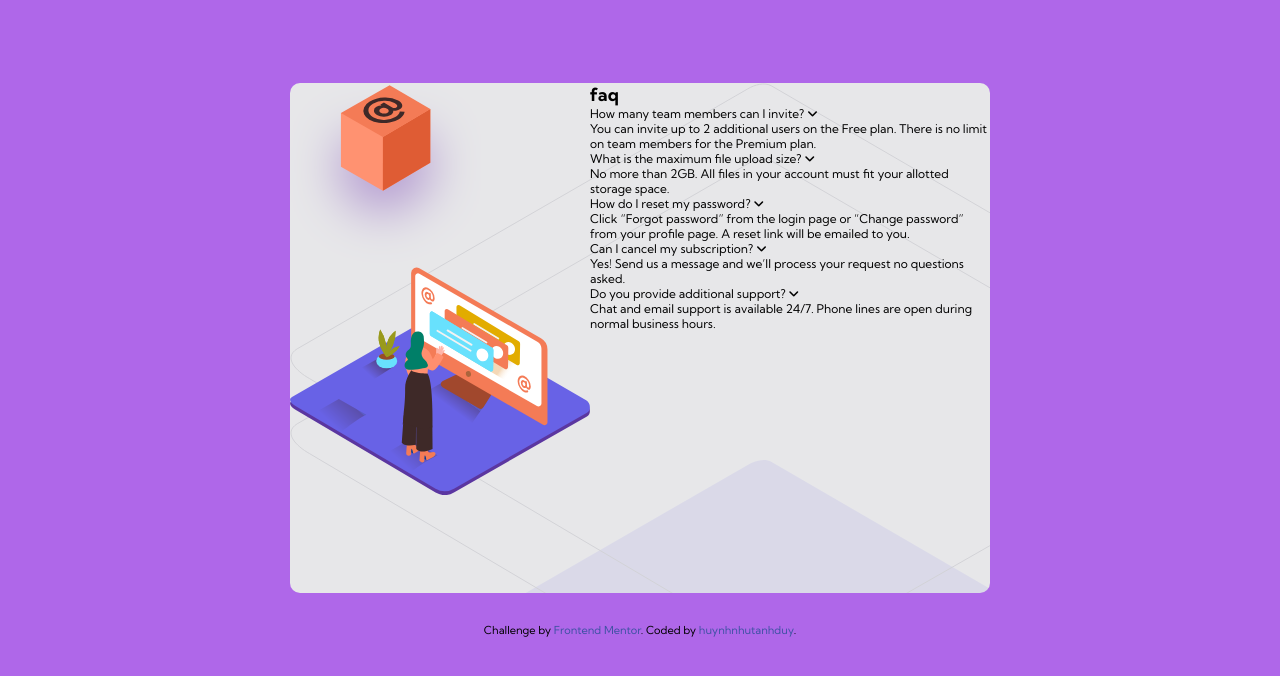
Repository: huynhnhutanhduy/faq-accordion-card
Page: index.html
An editor plug-in stored every save of this project. The page is shown before and after the next save, followed by the edit.
The browser window is 1280 px wide. The pictures show the whole page.

Above is the page before, as saved 2022-10-20 13:30:55.

After the next save:
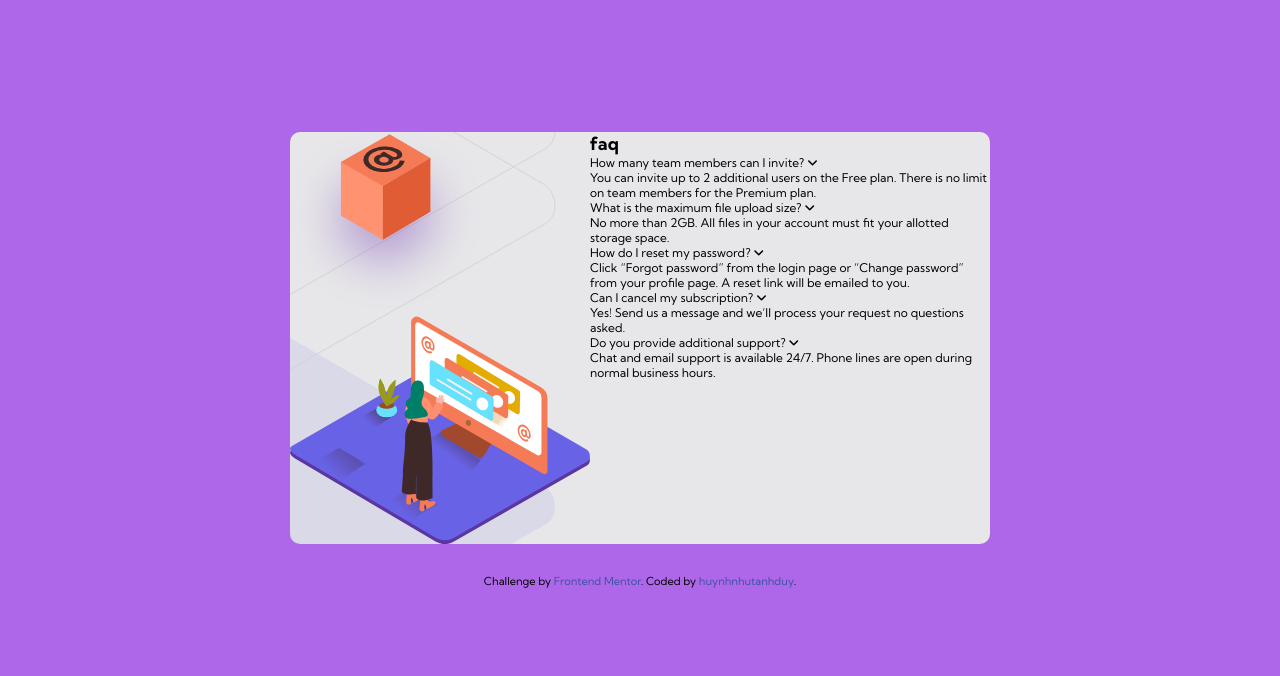
Saved 12 s later.
--- a/app.css
+++ b/app.css
@@ -53,10 +53,8 @@ img {
   border-radius: 1rem;
   margin-bottom: 3rem;
   background: var(--light-grayish-blue) url("./images/bg-pattern-desktop.svg") no-repeat;
-  /* background-position-x: -700px;
-  background-position-y: -300px; */
-  height: 51rem;
-  width: 92rem;
+  background-position-x: -700px;
+  background-position-y: -300px;
   display: grid;
   grid-template-columns: 300px 1fr;
 }
